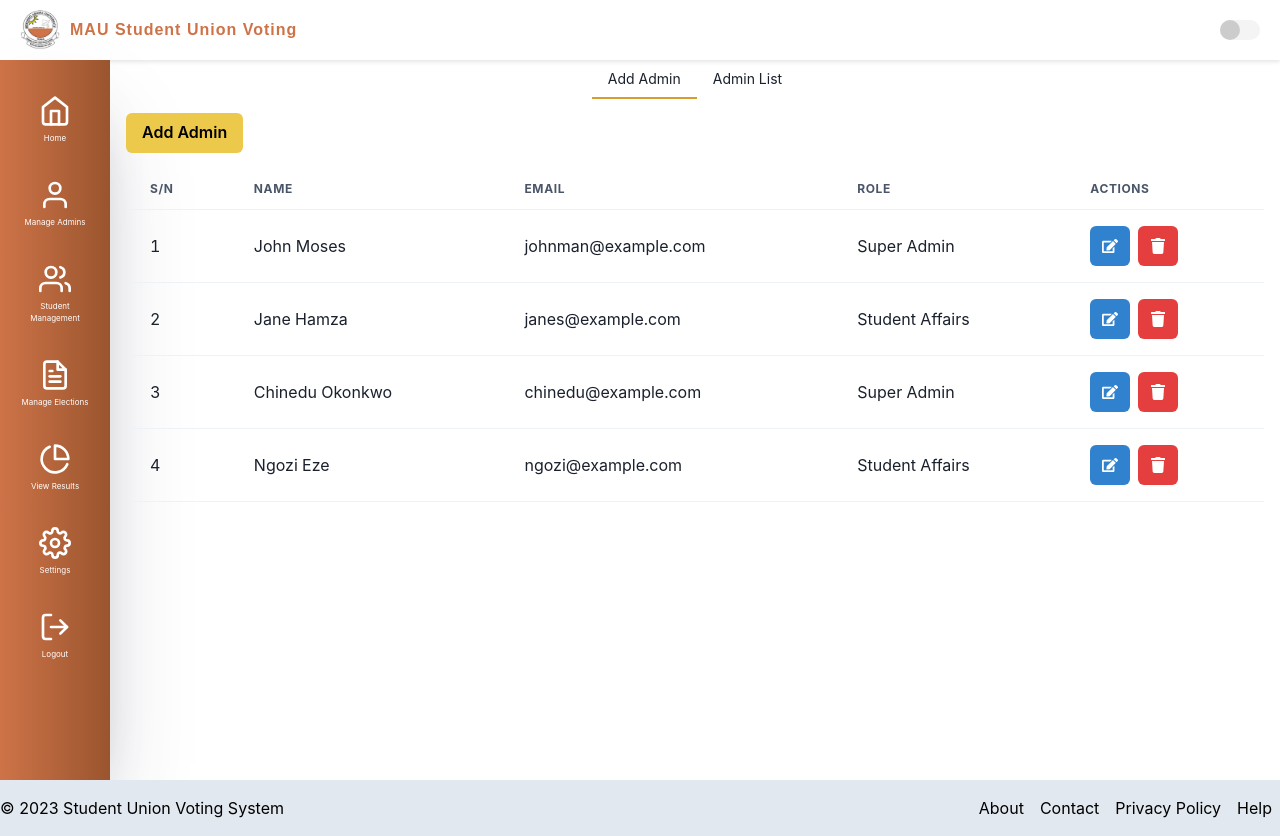
Repository: joena1o/e-vote
Page: /admin-dashboard/manage-admin
An editor plug-in stored every save of this project. The page is shown before and after the next save, followed by the edit.
The browser window is 1280 px wide. The pictures show the whole page.
The project was rebuilt for these pictures with package versions that can differ from the ones it lists, and the page was loaded fresh each time. Also part of the build but not shown: src/components/EnhancedLogin.js, src/components/maincontent/RegisterStudents/ManageStudents.js, src/components/maincontent/RegisterStudents/RegisterStudents.js, src/components/maincontent/RegisterStudents/StudentManagement.js, src/components/maincontent/ElectionResults/ViewResults.js, src/components/maincontent/ElectionResults/report.js, src/components/maincontent/ElectionResults/ViewElectionResults.js, src/components/maincontent/Settings/Settings.js and 21 more.

Above is the page before, as saved 2023-12-13 11:23:53.

### src/index.js
import React from 'react';
import ReactDOM from 'react-dom/client';
import './index.css';
import App from './App';
import reportWebVitals from './reportWebVitals';
import Modal from 'react-modal';

// Set the app element for the modal for accessibility purposes
Modal.setAppElement('#root');

const root = ReactDOM.createRoot(document.getElementById('root'));
root.render(
  <React.StrictMode>
    <App />
  </React.StrictMode>
);

// If you want to start measuring performance in your app, pass a function
// to log results (for example: reportWebVitals(console.log))
// or send to an analytics endpoint. Learn more: https://bit.ly/CRA-vitals
reportWebVitals();

### src/App.js
import React from 'react';
import { BrowserRouter as Router, Routes, Route, Navigate } from 'react-router-dom';
import EnhancedLogin from './components/EnhancedLogin';
import AdminDashboard from './components/AdminDashboard';
import StudentDashboard from './components/StudentDashboard';
import { ChakraProvider, ColorModeProvider, Button, useColorMode } from '@chakra-ui/react';
import { Provider } from 'react-redux';
import store from './Redux/store';
import ElectionCommitteeDashboard from './components/maincontent/ElectionCommitteeDashboard';


// Component to toggle dark mode
function DarkModeToggle() {
  const { colorMode, toggleColorMode } = useColorMode();
  return (
    <Button onClick={toggleColorMode} position="fixed" m={4} zIndex={10}>
      Toggle {colorMode === 'light' ? 'Dark' : 'Light'}
    </Button>
  );
}

function App() {
  // Check if the current route is not the "/login" route, then render the DarkModeToggle
  // const isLoginPage = window.location.pathname === '/login';

  return (
    <Provider store={store}>
      <ChakraProvider>
        <ColorModeProvider options={{ useSystemColorMode: true }}>
          <Router>
            <Routes>
              {/* Define your routes */}
              <Route path="/login" element={<EnhancedLogin />} />
              <Route path="/admin-dashboard/*" element={<AdminDashboard />} />
              <Route path="/ElectionCommittee-dashboard/*" element={<ElectionCommitteeDashboard />} />
              <Route path='/student-dashboard/*' element={<StudentDashboard />} />
              {/* Redirect root to /admin-dashboard */}
              <Route path="/" element={<Navigate to="/admin-dashboard" replace />} />
            </Routes>
          </Router>
          {/* Render DarkModeToggle only if not on the "/login" page */}
          {/* {!isLoginPage && <DarkModeToggle />} */}
        </ColorModeProvider>
      </ChakraProvider>
    </Provider>
  );
}

export default App;

### src/components/AdminDashboard.js
// AdminDashboard.js
import React from 'react';
import { Routes, Route } from 'react-router-dom';
import StudentManagement from './maincontent/RegisterStudents/StudentManagement';
import ViewResults from './maincontent/ElectionResults/ViewElectionResults';
import Settings from './maincontent/Settings/Settings';
import Home from './maincontent/home/Home';
import ManageAdmin from './maincontent/ManageAdmins/ManageAdmins';
import ManageElections from './maincontent/ManageElections/ManageElections';
import Sidebar from './Sidebar';
import Navbar from './Navbar';
import Footer from './Footer';// Import the Footer component
import styled from 'styled-components';
import ElectionVotesLog from './maincontent/ElectionResults/report';


const Container = styled.div`
  display: flex;
  flex-direction: column;
  height: 100vh;
  width: 100%;
`;

const Content = styled.div`
  display: flex;
  flex: 1;
`;

const AdminDashboard = () => {
  return (
    <Container>
      <Navbar />
      <Content>
        <Sidebar />
        <Routes>
          <Route index element={<Home />} />
          <Route path="student-management" element={<StudentManagement />} />
          <Route path="view-results" element={<ViewResults />} />
          <Route path="settings" element={<Settings />} />
          <Route path="manage-admin" element={<ManageAdmin />} />
          <Route path="manage-elections" element={<ManageElections />} />
          <Route path="election-Results" element={<ElectionVotesLog />} />
        </Routes>
      </Content>
      <Footer />
    </Container>
  );
};

export default AdminDashboard;

### src/Redux/store.js
import { configureStore } from '@reduxjs/toolkit';
import electionReducer from './electionSlice';
import studentsReducer from './studentsSlice';
import candidatesReducer from './CandidateSlice'; // Import the candidates reducer

const store = configureStore({
  reducer: {
    elections: electionReducer,
    students: studentsReducer,
    candidates: candidatesReducer, // Add the candidates reducer here
  },
});

export default store;

### src/components/maincontent/ManageAdmins/ManageAdmins.js
import React, { useState } from 'react';
import { Tabs, TabList, TabPanels, Tab, TabPanel, Box, Flex, Heading } from '@chakra-ui/react';
import AddAdmin from './AddAdmin';
import AdminList from './AdminList';

const ManageAdmins = () => {
  const [activeTab, setActiveTab] = useState(0);

  const handleTabChange = (index) => {
    setActiveTab(index);
  };

  return (
    <Flex direction="column" align="center" w="100%" h="100vh">

      <Box w="100%">
        <Tabs index={activeTab} onChange={handleTabChange} isLazy w="100%">
          <TabList display="flex" justifyContent="center" mx="auto" borderBottom="none">
            <Tab fontSize="sm" px={4} py={2} _selected={{ borderBottom: '2px solid', borderColor: 'yellow.500' }}>
              Add Admin
            </Tab>
            <Tab fontSize="sm" px={4} py={2} _selected={{ borderBottom: '2px solid', borderColor: 'yellow.500' }}>
              Admin List
            </Tab>
          </TabList>
          <TabPanels>
            <TabPanel>
              <AddAdmin />
            </TabPanel>
            <TabPanel>
              <AdminList />
            </TabPanel>
          </TabPanels>
        </Tabs>
      </Box>
    </Flex>
  );
};

export default ManageAdmins;

### src/components/Sidebar.js
import React from 'react';
import styled from 'styled-components';
import { Link } from 'react-router-dom';
import { FiHome, FiUser, FiUsers, FiFileText, FiSettings, FiLogOut, FiPieChart } from 'react-icons/fi';
import { useColorMode } from '@chakra-ui/react';

const SidebarContainer = styled.nav`
  background: ${props => (props.theme === 'dark' ? '#333' : 'linear-gradient(to right, #ce7348, #9a552e)')};
  padding: 15px;
  height: 100vh;
  color: #fff;
  box-shadow: rgba(50, 50, 93, 0.25) 0px 50px 100px -20px, rgba(0, 0, 0, 0.3) 0px 30px 60px -30px;
  display: flex;
  flex-direction: column;
`;

const LinkList = styled.ul`
  list-style-type: none;
  padding: 0;
  flex: 1;
`;

const StyledLink = styled(Link)`
  text-decoration: none;
  color: #fff;
  display: flex;
  flex-direction: column;
  align-items: center;
  transition: color 0.3s ease;
  margin-bottom: 15px;
  cursor: pointer;
  font-size: 0.5rem;

  &:hover {
    color: #fce364;
  }

  width: 80px;
  text-align: center;
  word-wrap: break-word;
  overflow-wrap: break-word;

  @media (max-width: 768px) {
    font-size: 0.4rem;
  }

  @media (max-width: 480px) {
    font-size: 0.3rem;
  }
`;

const LinkItem = styled.li`
  display: flex;
  align-items: center;
  margin-top: 20px;
`;

const Icon = styled.div`
  font-size: 2rem;
  color: #fff;

  @media (max-width: 768px) {
    font-size: 0.9rem;
  }

  @media (max-width: 480px) {
    font-size: 0.8rem;
  }

  margin-bottom: 5px;

  ${StyledLink}:hover & {
    color: #fce364;  // Change icon color when the link is hovered
  }
`;

function Sidebar() {
  const { colorMode } = useColorMode();

  return (
    <SidebarContainer theme={colorMode}>
      <LinkList>
        <LinkItem>
          <StyledLink to="/admin-dashboard">
            <Icon><FiHome /></Icon>
            Home
          </StyledLink>
        </LinkItem>
        <LinkItem>
          <StyledLink to="/admin-dashboard/manage-admin">
            <Icon><FiUser /></Icon>
            Manage Admins
          </StyledLink>
        </LinkItem>
        <LinkItem>
          <StyledLink to="/admin-dashboard/student-management">
            <Icon><FiUsers /></Icon>
            Student Management
          </StyledLink>
        </LinkItem>
        <LinkItem>
          <StyledLink to="/admin-dashboard/manage-elections">
            <Icon><FiFileText /></Icon>
            Manage Elections
          </StyledLink>
        </LinkItem>
        <LinkItem>
          <StyledLink to="/admin-dashboard/view-results">
            <Icon><FiPieChart /></Icon>
            View Results
          </StyledLink>
        </LinkItem>
        <LinkItem>
          <StyledLink to="/admin-dashboard/settings">
            <Icon><FiSettings /></Icon>
            Settings
          </StyledLink>
        </LinkItem>
        <LinkItem>
          <StyledLink to="/logout">
            <Icon><FiLogOut /></Icon>
            Logout
          </StyledLink>
        </LinkItem>
      </LinkList>
    </SidebarContainer>
  );
}

export default Sidebar;

### src/components/Navbar.js
import React from 'react';
import styled, { createGlobalStyle } from 'styled-components';
import logo from '../assets/school_logo.jpg';
import { useColorMode } from '@chakra-ui/react';

const GlobalStyle = createGlobalStyle`
  body {
    background-color: ${props => (props.theme === 'dark' ? '#333' : '#fff')};
    color: ${props => (props.theme === 'dark' ? '#fff' : '#000')}; // Set other component texts to black in light mode
  }
`;

const Header = styled.header`
  background: ${props => (props.theme === 'dark' ? '#333' : '#fff')};
  color: ${props => (props.theme === 'dark' ? '#fff' : '#ce7348')}; // Set navbar text to brown in light mode
  padding: 10px 20px;
  display: flex;
  align-items: center;
  justify-content: flex-start;
  box-shadow: 0px 2px 4px rgba(0, 0, 0, 0.1);
  font-family: 'Poppins', sans-serif;
`;


const Logo = styled.img`
  width: 40px;
  height: 40px;
  border-radius: 20px;
  margin-right: 10px;
`;

const Title = styled.h1`
  margin: 0;
  padding: 0;
  font-size: 1rem;
  font-weight: 600;
  letter-spacing: 1px;
`;

const ToggleSlider = styled.label`
  display: flex;
  align-items: center;
  cursor: pointer;
  margin-left: auto;
`;

const SliderInput = styled.input.attrs({ type: 'checkbox' })`
  display: none;
`;

const Slider = styled.div`
  width: 40px;
  height: 20px;
  background-color: ${props => (props.theme === 'dark' ? '#333' : '#f4f4f4')};
  border-radius: 20px;
  position: relative;
  transition: background-color 0.3s ease;
  cursor: pointer;

  &::after {
    content: '';
    width: 20px;
    height: 20px;
    border-radius: 50%;
    background-color: ${props => (props.theme === 'dark' ? '#fff' : '#ccc')};
    position: absolute;
    top: 50%;
    transform: translateY(-50%);
    left: ${props => (props.theme === 'dark' ? '20px' : '0')};
    transition: left 0.3s ease;
  }
`;

function Navbar() {
  const { colorMode, toggleColorMode } = useColorMode();

  return (
    <>
      <GlobalStyle theme={colorMode} />
      <Header theme={colorMode}>
        <Logo src={logo} alt="University Logo" />
        <Title>MAU Student Union Voting</Title>
        <ToggleSlider>
          <SliderInput type="checkbox" onChange={toggleColorMode} />
          <Slider theme={colorMode} />
        </ToggleSlider>
      </Header>
    </>
  );
}

export default Navbar;

### src/components/Footer.js
import React from 'react';
import { Box, Flex, Text, Link } from '@chakra-ui/react';

const Footer = ({ colorMode }) => {
  const handleDownloadDocumentation = () => {

    const pdfUrl = '/path/to/your/documentation.pdf';

    //  anchor element that triggers  download
    const link = document.createElement('a');
    link.href = pdfUrl;
    link.download = 'documentation.pdf';
    link.click();
  };

    return (
      <Box as="footer" mt="auto" py={4} bg={colorMode === 'dark' ? 'gray.800' : 'gray.200'} color={colorMode === 'dark' ? 'white' : 'black'}>
        <Flex justify="space-between" align="center">
          <Text>&copy; 2023 Student Union Voting System</Text>
          <Flex>
            <Link mx={2} href="#about">
              About
            </Link>
            <Link mx={2} href="#contact">
              Contact
            </Link>
            <Link mx={2} href="#privacy">
              Privacy Policy
            </Link>
            <Link mx={2} onClick={handleDownloadDocumentation}>
              Help
            </Link>
          </Flex>
        </Flex>
      </Box>
    );
  };

  export default Footer;

### src/Redux/electionSlice.js
/*import { createSlice, createAsyncThunk } from '@reduxjs/toolkit';
import { API, graphqlOperation } from 'aws-amplify';
import { createElection as createElectionAPI } from '../graphql/mutations';

export const createElection = createAsyncThunk(
  'elections/createElection',
  async (election, { rejectWithValue }) => {
    try {
      const result = await API.graphql(graphqlOperation(createElectionAPI, { input: election }));
      return result.data.createElection;
    } catch (error) {
      return rejectWithValue(error);
    }
  }
);

const electionSlice = createSlice({
  name: 'elections',
  initialState: [],
  reducers: {},
  extraReducers: (builder) => {
    builder.addCase(createElection.fulfilled, (state, action) => {
      state.push(action.payload);
    });
  },
});

export default electionSlice.reducer;
*/

### src/Redux/studentsSlice.js
import { createSlice } from '@reduxjs/toolkit';

export const studentsSlice = createSlice({
  name: 'students',
  initialState: [],
  reducers: {
    addStudents: (state, action) => {
      // Add students to the Redux store
      action.payload.forEach(student => {
        state.push(student);
      });
    },
  },
});

export const { addStudents } = studentsSlice.actions;

export default studentsSlice.reducer;

### src/Redux/CandidateSlice.js

import { createSlice } from '@reduxjs/toolkit';

export const candidatesSlice = createSlice({
  name: 'candidates',
  initialState: [],
  reducers: {
    setCandidates: (state, action) => {
      return action.payload;
    },
  },
});

export const { setCandidates } = candidatesSlice.actions;
export default candidatesSlice.reducer;

### src/components/maincontent/ManageAdmins/AddAdmin.js
import React, { useState } from 'react';
import {
  Box,
  VStack,
  useColorModeValue,
  Button,
  Input,
  Modal,
  ModalOverlay,
  ModalContent,
  ModalHeader,
  ModalFooter,
  ModalBody,
  ModalCloseButton,
  FormControl,
  FormLabel,
  Container,
  IconButton,
  Table,
  Thead,
  Tbody,
  Tr,
  Th,
  Td,
} from '@chakra-ui/react';
import Select from 'react-select';
import { FaEdit, FaTrash } from 'react-icons/fa';

const AddAdmin = () => {
  const colorModeValue = useColorModeValue('gray.200', 'gray.600');

  const [isOpen, setIsOpen] = useState(false);

  const initialAdminData = {
    name: '',
    email: '',
    role: { value: 'Super Admin', label: 'Super Admin' }, // Updated role structure
  };

  const [adminData, setAdminData] = useState(initialAdminData);

  const [admins, setAdmins] = useState([
    {
      name: 'John Moses',
      email: 'johnman@example.com',
      role: { value: 'Super Admin', label: 'Super Admin' },
    },
    {
      name: 'Jane Hamza',
      email: 'janes@example.com',
      role: { value: 'Student Affairs', label: 'Student Affairs' },
    },
    {
      name: 'Chinedu Okonkwo',
      email: 'chinedu@example.com',
      role: { value: 'Super Admin', label: 'Super Admin' },
    },
    {
      name: 'Ngozi Eze',
      email: 'ngozi@example.com',
      role: { value: 'Student Affairs', label: 'Student Affairs' },
    },
  ]);

  const handleInputChange = (name, value) => {
    setAdminData({ ...adminData, [name]: value });
  };

  const openModal = () => {
    setIsOpen(true);
  };

  const closeModal = () => {
    setIsOpen(false);
    setAdminData(initialAdminData);
  };

  const handleSubmit = () => {
    // Add your logic to handle admin data submission here
    console.log('Admin Data Submitted:', adminData);

    // Add the admin data to the admins state
    setAdmins([...admins, adminData]);

    closeModal();
  };

  const handleEditAdmin = (index) => {
    // Add logic to edit admin here, e.g., open a modal for editing
    console.log('Editing admin at index:', index);
  };

  const handleDeleteAdmin = (index) => {
    // Add logic to delete admin here, e.g., show a confirmation modal
    console.log('Deleting admin at index:', index);
  };

  return (
    <Container maxW="100vw" w="100" p={0}>
      <Box>
        <Button colorScheme="yellow" onClick={openModal}>
          Add Admin
        </Button>

        <Modal isOpen={isOpen} onClose={closeModal} size="sm">
          <ModalOverlay />
          <ModalContent
            borderRadius="8px"
            bg={colorModeValue}
            color={colorModeValue === 'gray.200' ? 'black' : 'white'}
          >
            <ModalHeader
              fontSize="lg"
              fontWeight="bold"
              borderBottom="1px solid"
              borderColor={
                colorModeValue === 'gray.200' ? 'gray.300' : 'gray.600'
              }
            >
              Add New Admin
            </ModalHeader>
            <ModalCloseButton />
            <ModalBody>
              <VStack spacing={4}>
                <FormControl>
                  <FormLabel>Name:</FormLabel>
                  <Input
                    type="text"
                    name="name"
                    value={adminData.name}
                    onChange={(e) => handleInputChange('name', e.target.value)}
                  />
                </FormControl>
                <FormControl>
                  <FormLabel>Email:</FormLabel>
                  <Input
                    type="email"
                    name="email"
                    value={adminData.email}
                    onChange={(e) => handleInputChange('email', e.target.value)}
                  />
                </FormControl>
                <FormControl>
                  <FormLabel>Role:</FormLabel>
                  <Select
                    options={[
                      { value: 'Super Admin', label: 'Super Admin' },
                      { value: 'Student Affairs', label: 'Student Affairs' },
                    ]}
                    value={adminData.role}
                    onChange={(selectedOption) =>
                      handleInputChange('role', selectedOption)
                    }
                  />
                </FormControl>
              </VStack>
            </ModalBody>
            <ModalFooter
              borderTop="1px solid"
              borderColor={
                colorModeValue === 'gray.200' ? 'gray.300' : 'gray.600'
              }
            >
              <Button
                bg="brown"
                color="white"
                _hover={{ bg: 'brown.600' }}
                _focus={{ boxShadow: 'none' }}
                onClick={handleSubmit}
              >
                Add Admin
              </Button>
            </ModalFooter>
          </ModalContent>
        </Modal>
      </Box>

      <Table variant="simple" mt={4} w="100%">
        <Thead>
          <Tr>
            <Th>S/N</Th>
            <Th>Name</Th>
            <Th>Email</Th>
            <Th>Role</Th>
            <Th>Actions</Th>
          </Tr>
        </Thead>
        <Tbody>
          {admins.map((admin, index) => (
            <Tr key={index}>
              <Td>{index + 1}</Td>
              <Td>{admin.name}</Td>
              <Td>{admin.email}</Td>
              <Td>{admin.role.label}</Td>
              <Td>
                <IconButton
                  icon={<FaEdit />}
                  colorScheme="blue"
                  onClick={() => handleEditAdmin(index)}
                  aria-label="Edit"
                  mr={2}
                />
                <IconButton
                  icon={<FaTrash />}
                  colorScheme="red"
                  onClick={() => handleDeleteAdmin(index)}
                  aria-label="Delete"
                />
              </Td>
            </Tr>
          ))}
        </Tbody>
      </Table>
    </Container>
  );
};

export default AddAdmin;

Loaded but not shown: public/index.html (common file); src/index.css (common file); src/reportWebVitals.js (common file)

After the next save:
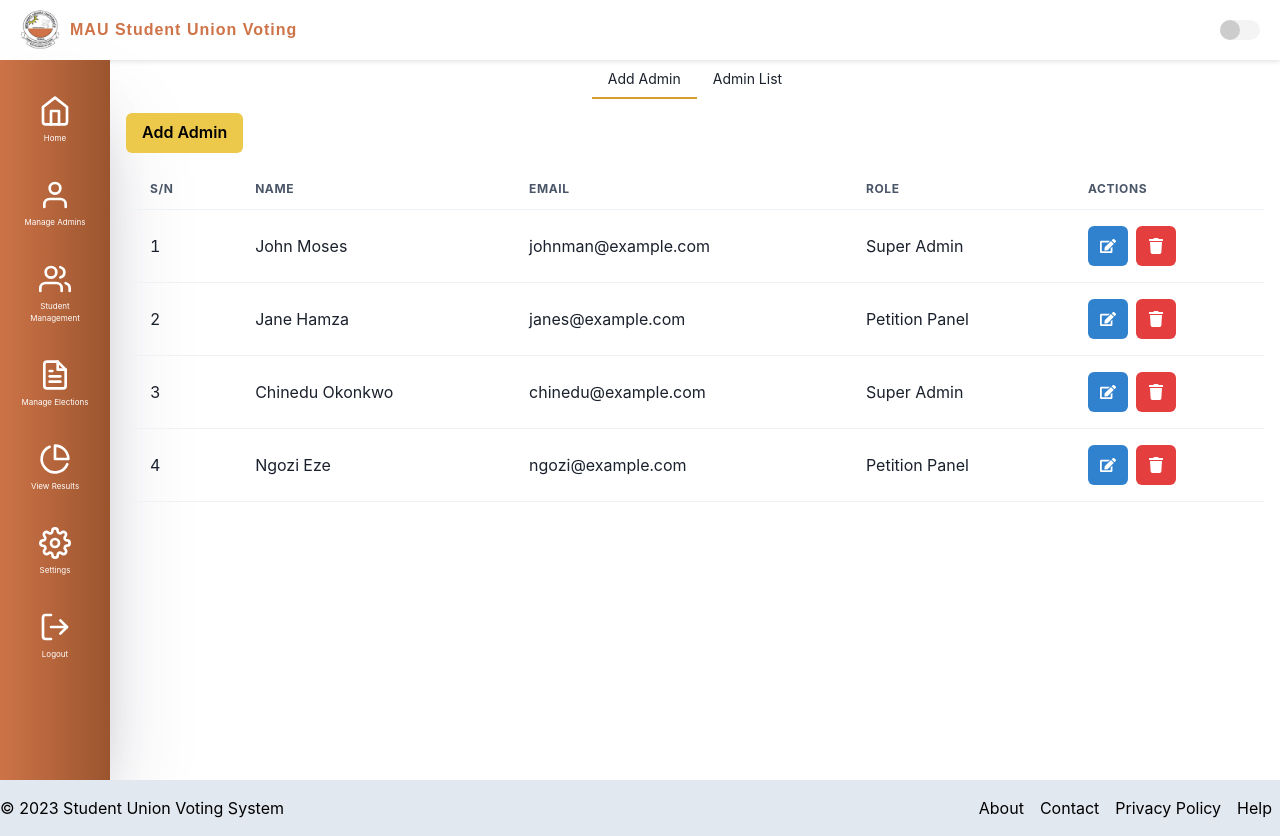
Saved 3 min 16 s later.
--- a/src/components/maincontent/ManageAdmins/AddAdmin.js
+++ b/src/components/maincontent/ManageAdmins/AddAdmin.js
@@ -34,7 +34,7 @@ const AddAdmin = () => {
   const initialAdminData = {
     name: '',
     email: '',
-    role: { value: 'Super Admin', label: 'Super Admin' }, // Updated role structure
+    role: { value: 'Super Admin', label: 'Super Admin' },
   };
 
   const [adminData, setAdminData] = useState(initialAdminData);
@@ -48,7 +48,7 @@ const AddAdmin = () => {
     {
       name: 'Jane Hamza',
       email: 'janes@example.com',
-      role: { value: 'Student Affairs', label: 'Student Affairs' },
+      role: { value: 'Petition Panel', label: 'Petition Panel' },
     },
     {
       name: 'Chinedu Okonkwo',
@@ -58,7 +58,7 @@ const AddAdmin = () => {
     {
       name: 'Ngozi Eze',
       email: 'ngozi@example.com',
-      role: { value: 'Student Affairs', label: 'Student Affairs' },
+      role: { value: 'Petition Panel', label: 'Petition Panel' },
     },
   ]);
 
@@ -145,7 +145,7 @@ const AddAdmin = () => {
                   <Select
                     options={[
                       { value: 'Super Admin', label: 'Super Admin' },
-                      { value: 'Student Affairs', label: 'Student Affairs' },
+                      { value: 'Petition Panel', label: 'Petition Panel' },
                     ]}
                     value={adminData.role}
                     onChange={(selectedOption) =>
